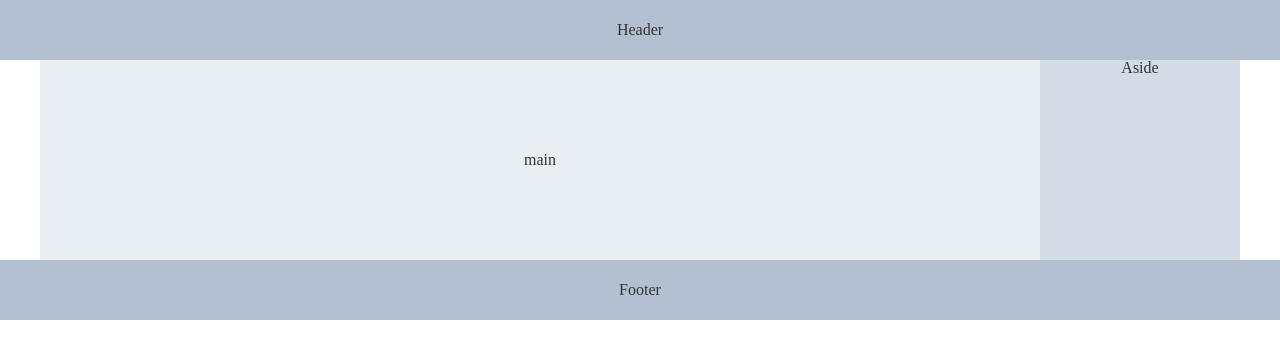
Repository: Trayvon21/cnode
Page: /
An editor plug-in stored every save of this project. The page is shown before and after the next save, followed by the edit.
The browser window is 1280 px wide. The pictures show the whole page.
The project was rebuilt for these pictures with package versions that can differ from the ones it lists, and the page was loaded fresh each time. Also part of the build but not shown: vue.config.js.

Above is the page before, as saved 2019-12-16 13:35:47.

After the next save:
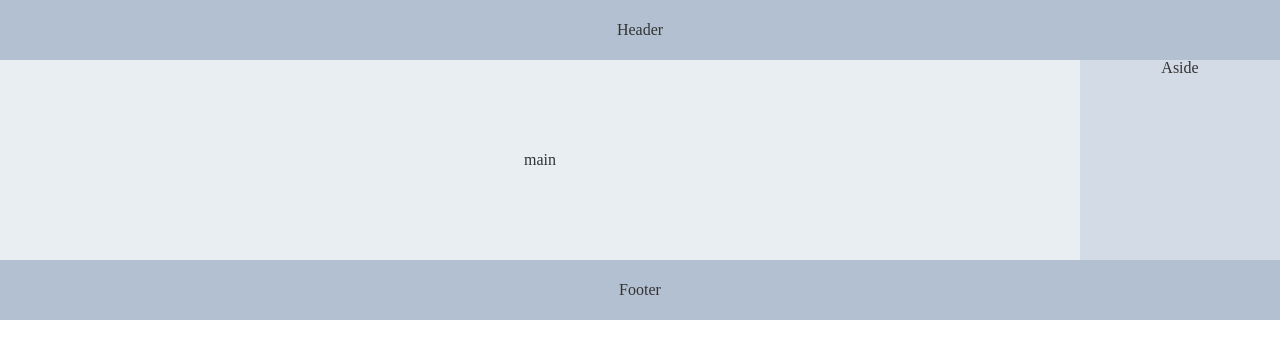
Saved 17 s later.
--- a/src/views/Home.vue
+++ b/src/views/Home.vue
@@ -54,10 +54,10 @@
 body > .el-container {
   margin-bottom: 40px;
 }
-.main {
-  width: 1200px;
-  margin: 0 auto;
-}
+// .main {
+//   width: 1200px;
+//   margin: 0 auto;
+// }
 body {
   background: #e9eef3 !important;
 }

After the save that followed:
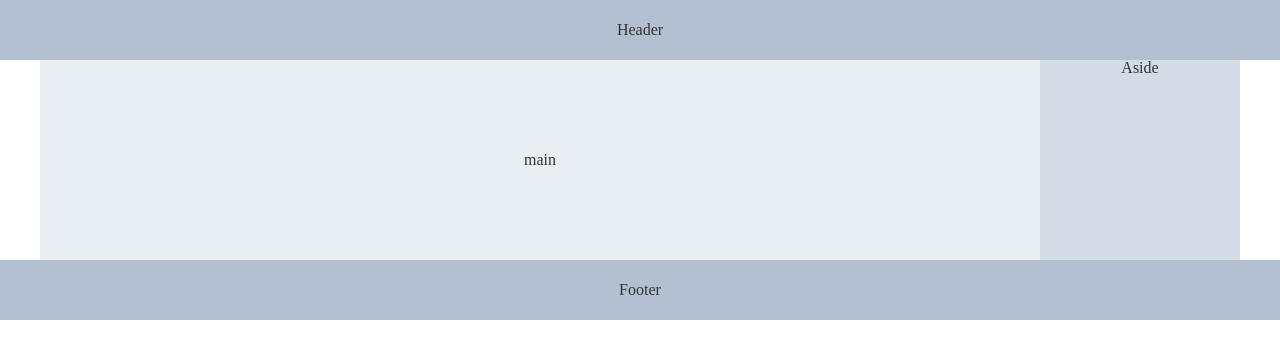
Saved 44 s later.
--- a/src/views/Home.vue
+++ b/src/views/Home.vue
@@ -54,10 +54,10 @@
 body > .el-container {
   margin-bottom: 40px;
 }
-// .main {
-//   width: 1200px;
-//   margin: 0 auto;
-// }
+.main {
+  width: 1200px;
+  margin: 0 auto;
+}
 body {
   background: #e9eef3 !important;
 }
